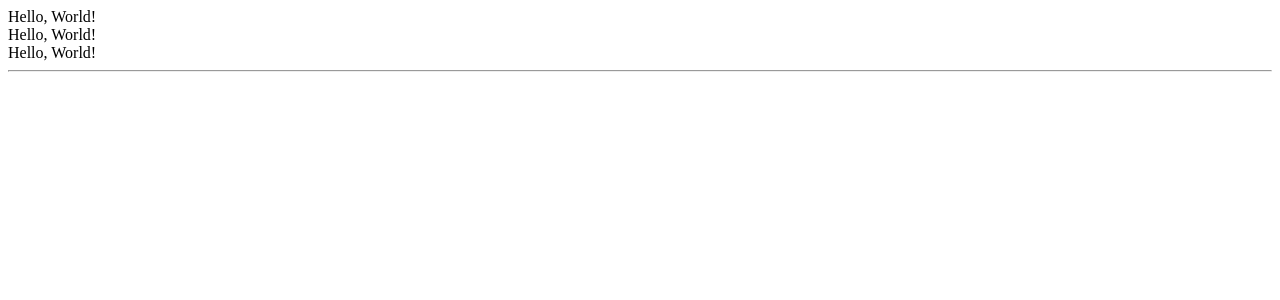
Repository: KimMinseooo/itwillStudy
Page: BACKEND/JSP/workspace_jsp/StudyJavascript/src/main/webapp/js04_1031/test10.html
These files come from the project's save history. The page is drawn as it stood at one moment and after the next save; the edit follows.
The browser window is 1280 px wide. The pictures show the whole page.

Above is the page before, as saved 2024-10-31 00:28:09.

After the next save:
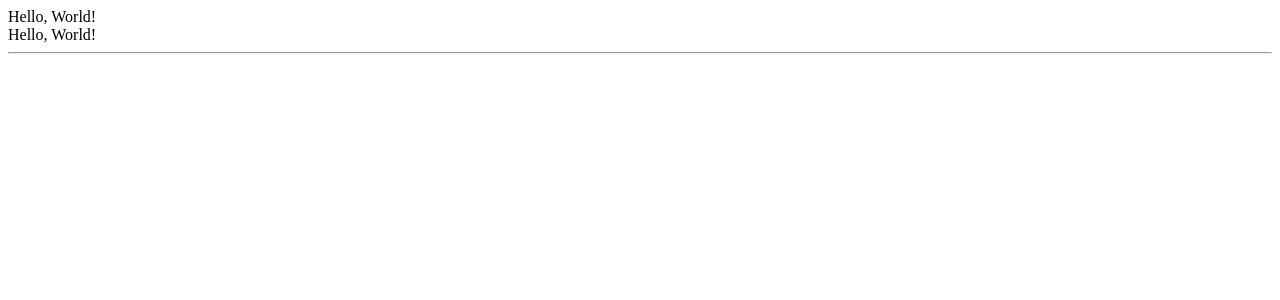
Saved 4 min 12 s later.
--- a/BACKEND/JSP/workspace_jsp/StudyJavascript/src/main/webapp/js04_1031/test10.html
+++ b/BACKEND/JSP/workspace_jsp/StudyJavascript/src/main/webapp/js04_1031/test10.html
@@ -30,7 +30,7 @@
 
 *
 */
-	for (let i=0; i<3; i++) {
+	for (let i=0; i<3; i+=2) {
 		document.write("Hello, World!<br>");
 	}
 	document.write("<hr>");

After the save that followed:
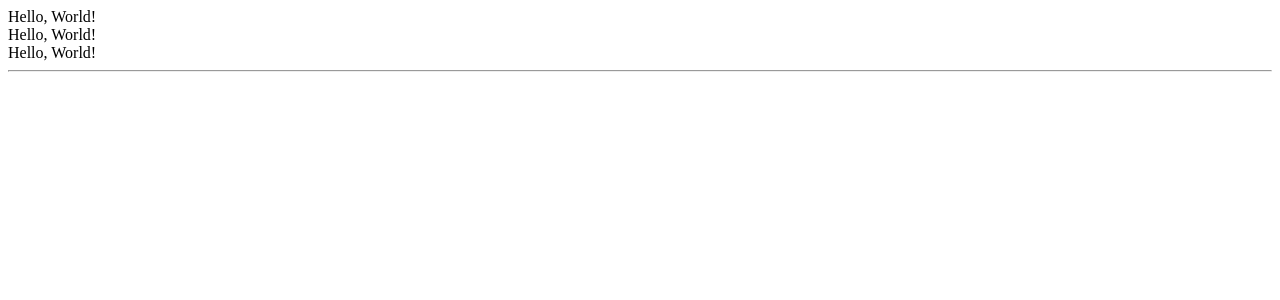
Saved 5 s later.
--- a/BACKEND/JSP/workspace_jsp/StudyJavascript/src/main/webapp/js04_1031/test10.html
+++ b/BACKEND/JSP/workspace_jsp/StudyJavascript/src/main/webapp/js04_1031/test10.html
@@ -30,7 +30,7 @@
 
 *
 */
-	for (let i=0; i<3; i+=2) {
+	for (let i=0; i<3; i++) {
 		document.write("Hello, World!<br>");
 	}
 	document.write("<hr>");
